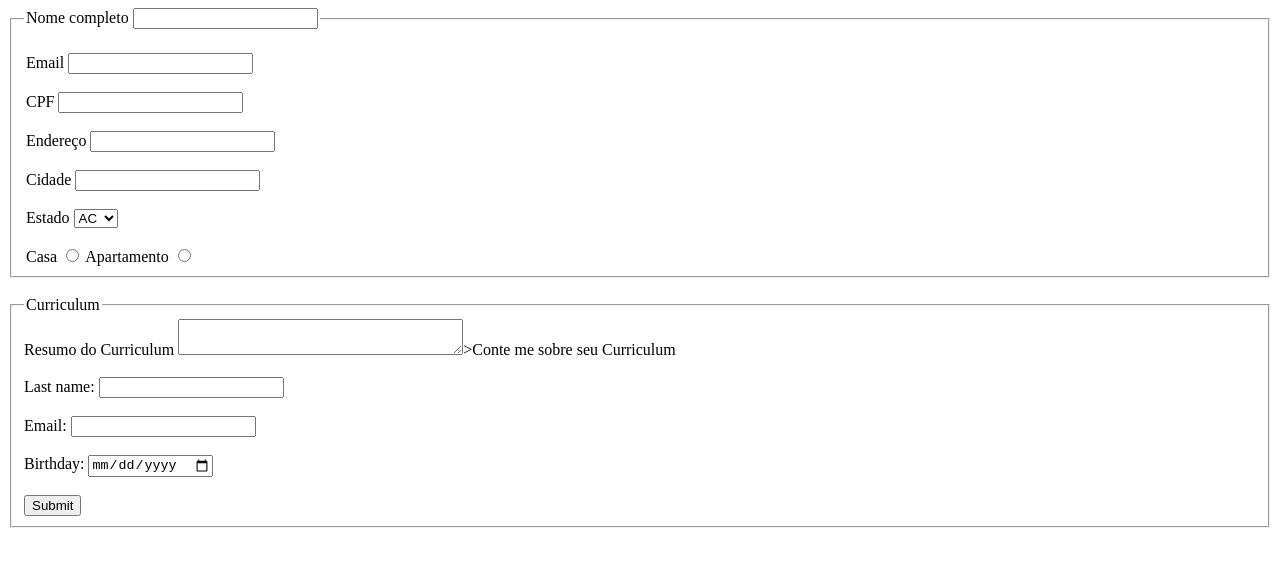
Repository: Parker9309/-trybe-exercises
Page: exercises/exercises-bloco6/html-e-css-forms-flexbox-e-responsivo_1/index.html
The author's editor kept a copy of each file at every save. The page is drawn from the files as they stood at one save, then again after the next save.
The browser window is 1280 px wide. The pictures show the whole page.

Above is the page before, as saved 2021-03-16 20:21:09.

After the next save:
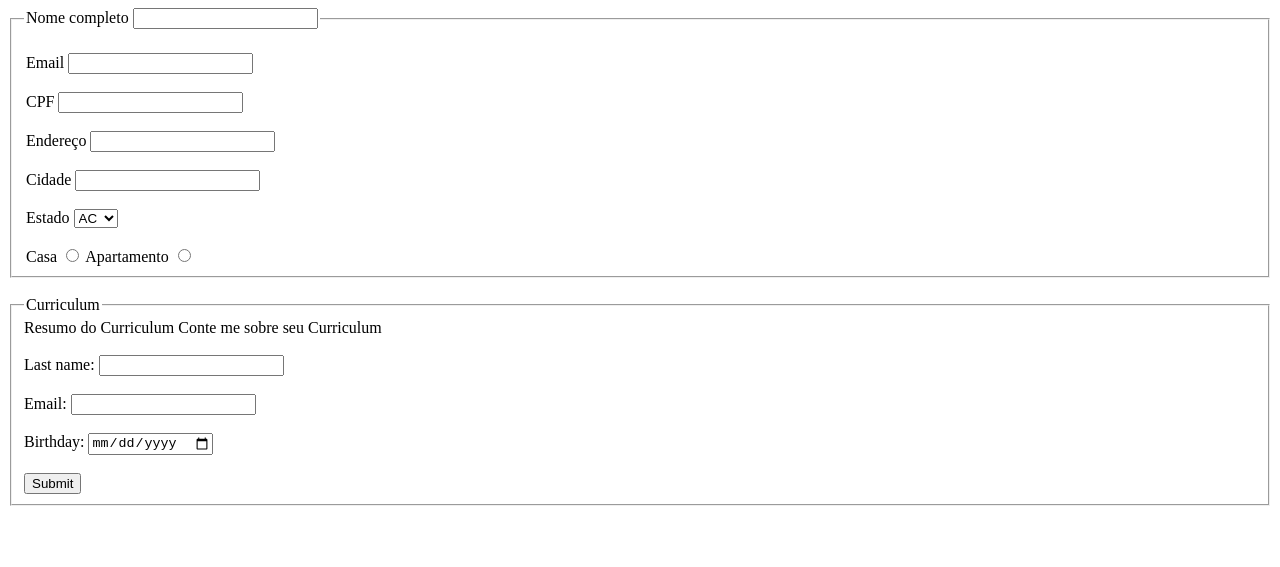
Saved 12 s later.
--- a/exercises/exercises-bloco6/html-e-css-forms-flexbox-e-responsivo_1/index.html
+++ b/exercises/exercises-bloco6/html-e-css-forms-flexbox-e-responsivo_1/index.html
@@ -77,7 +77,7 @@
 <fieldset>
   <legend>Curriculum</legend>
   <label for="fname">Resumo do Curriculum</label>
-  <textarea type="text" id="fname" name="fname" ows="5" cols="33"></textarea>>Conte me sobre seu Curriculum
+  <tex type="text" id="fname" name="fname" ows="5" cols="33"></tex>Conte me sobre seu Curriculum
    </textarea><br><br>
   <label for="lname">Last name:</label>
   <input type="text" id="lname" name="lname"><br><br>

After the save that followed:
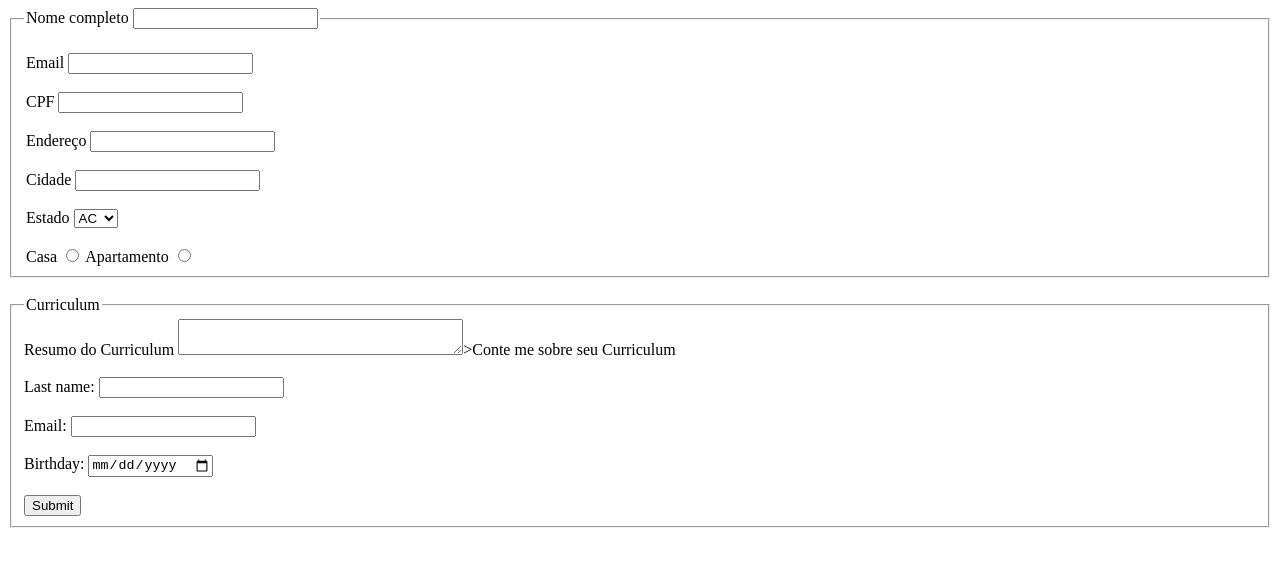
Saved 4 s later.
--- a/exercises/exercises-bloco6/html-e-css-forms-flexbox-e-responsivo_1/index.html
+++ b/exercises/exercises-bloco6/html-e-css-forms-flexbox-e-responsivo_1/index.html
@@ -77,7 +77,7 @@
 <fieldset>
   <legend>Curriculum</legend>
   <label for="fname">Resumo do Curriculum</label>
-  <tex type="text" id="fname" name="fname" ows="5" cols="33"></tex>Conte me sobre seu Curriculum
+  <textarea type="text" id="fname" name="fname" ows="5" cols="33"></textarea>>Conte me sobre seu Curriculum
    </textarea><br><br>
   <label for="lname">Last name:</label>
   <input type="text" id="lname" name="lname"><br><br>
